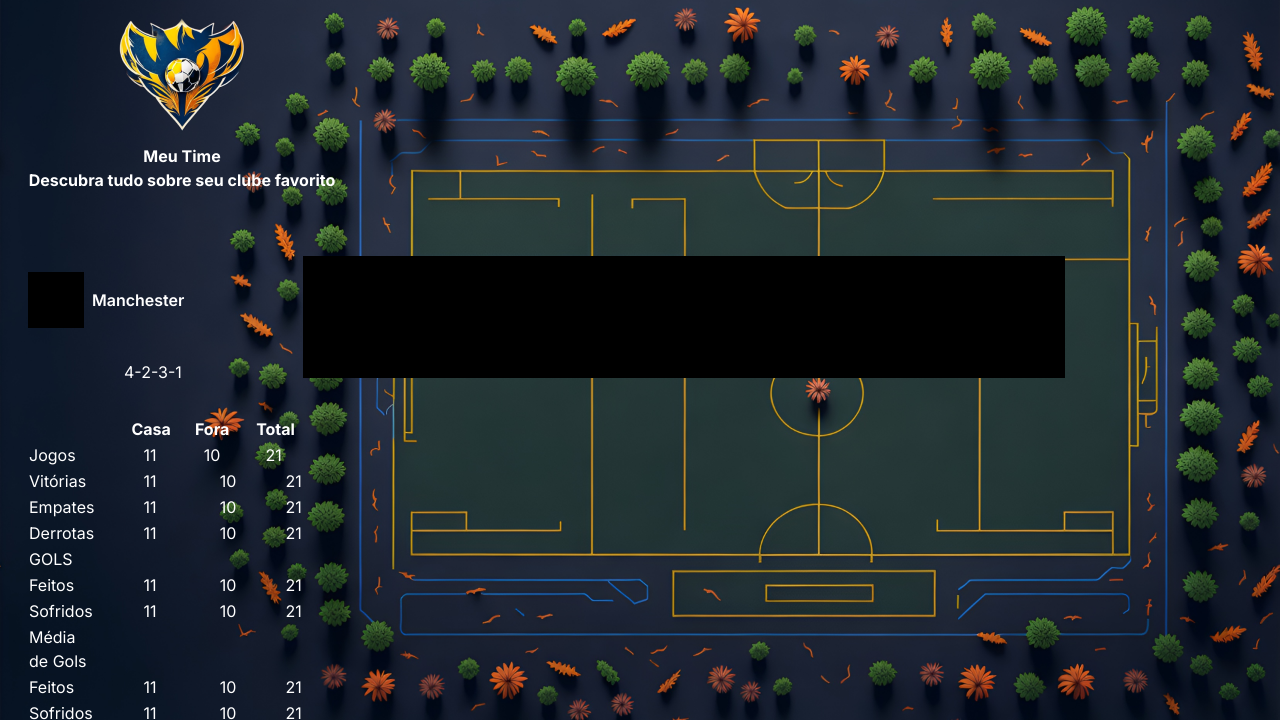
Repository: LuizAGDomingues/MeuTimeApp
Page: /statistics
An editor plug-in stored every save of this project. The page is shown before and after a run of saves, followed by the edit.
The browser window is 1280 px wide. The pictures show the whole page.
The project was rebuilt for these pictures with package versions that can differ from the ones it lists, and the page was loaded fresh each time. The framework's server and built-in components were replaced by stand-ins that run in the browser. Also part of the build but not shown: next.config.js.

Above is the page before, as saved 2023-05-26 14:21:32.

After the next 2 saves:
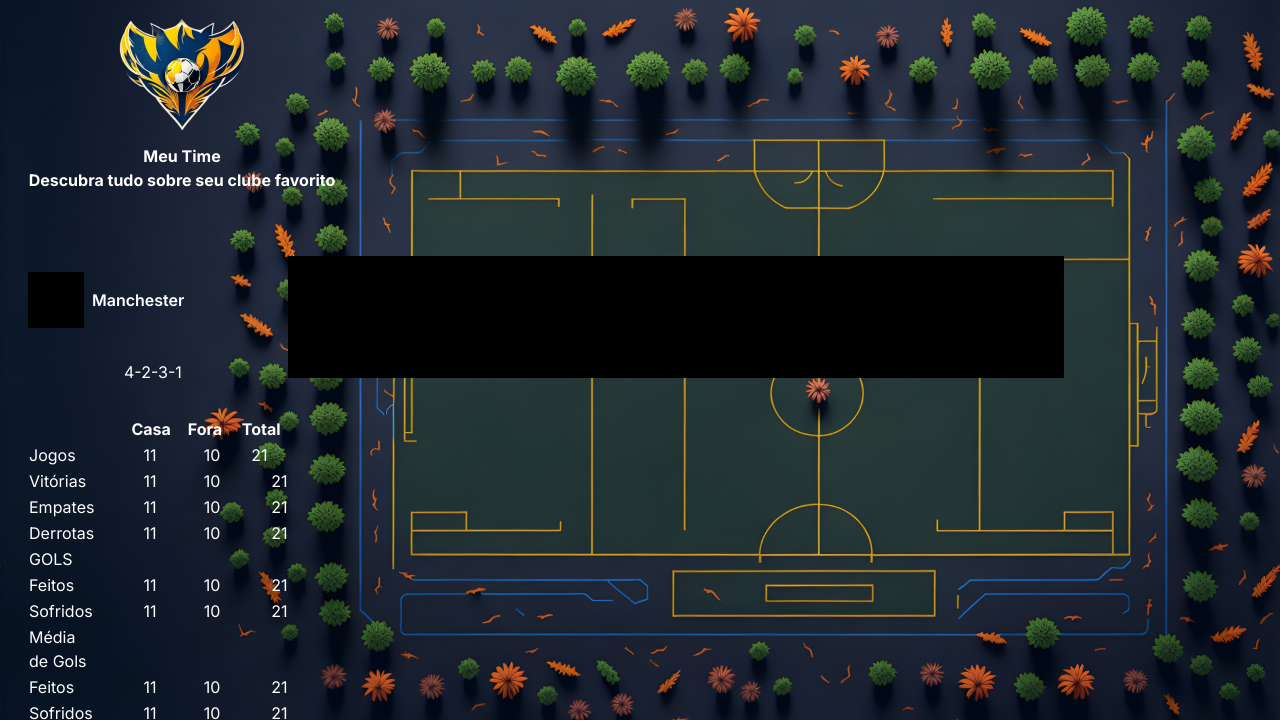
The 2 saves are shown as one change because they came seconds apart.
The last was saved 16 s later.
--- a/src/app/statistics/page.tsx
+++ b/src/app/statistics/page.tsx
@@ -79,19 +79,19 @@ function page() {
               <tr>
                 <td>Vitórias</td>
                 <td className="pl-12">11</td>
-                <td className="pl-12">10</td>
+                <td className="pl-8">10</td>
                 <td className="pl-12">21</td>
               </tr>
               <tr>
                 <td>Empates</td>
                 <td className="pl-12">11</td>
-                <td className="pl-12">10</td>
+                <td className="pl-8">10</td>
                 <td className="pl-12">21</td>
               </tr>
               <tr>
                 <td>Derrotas</td>
                 <td className="pl-12">11</td>
-                <td className="pl-12">10</td>
+                <td className="pl-8">10</td>
                 <td className="pl-12">21</td>
               </tr>
 
@@ -101,13 +101,13 @@ function page() {
               <tr>
                 <td>Feitos</td>
                 <td className="pl-12">11</td>
-                <td className="pl-12">10</td>
+                <td className="pl-8">10</td>
                 <td className="pl-12">21</td>
               </tr>
               <tr>
                 <td>Sofridos</td>
                 <td className="pl-12">11</td>
-                <td className="pl-12">10</td>
+                <td className="pl-8">10</td>
                 <td className="pl-12">21</td>
               </tr>
 
@@ -117,13 +117,13 @@ function page() {
               <tr>
                 <td>Feitos</td>
                 <td className="pl-12">11</td>
-                <td className="pl-12">10</td>
+                <td className="pl-8">10</td>
                 <td className="pl-12">21</td>
               </tr>
               <tr>
                 <td>Sofridos</td>
                 <td className="pl-12">11</td>
-                <td className="pl-12">10</td>
+                <td className="pl-8">10</td>
                 <td className="pl-12">21</td>
               </tr>
             </tbody>
